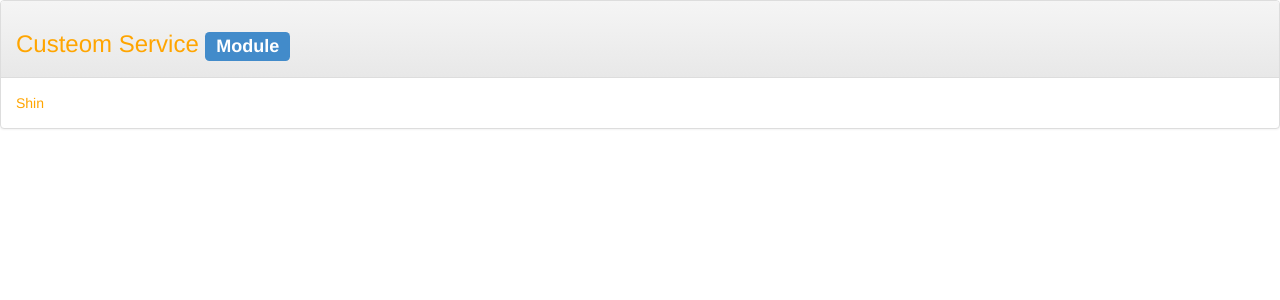
Repository: chisun-joung/workplace
Page: angularJS/WebContent/Chap18_Service/S01_Module.html
The author's editor kept a copy of each file at every save. The page is drawn from the files as they stood at one save, then again after the next save.
The browser window is 1280 px wide. The pictures show the whole page.
Some web libraries are served in a nearby version.

Above is the page before, as saved 2016-11-29 07:23:05.

After the next save:
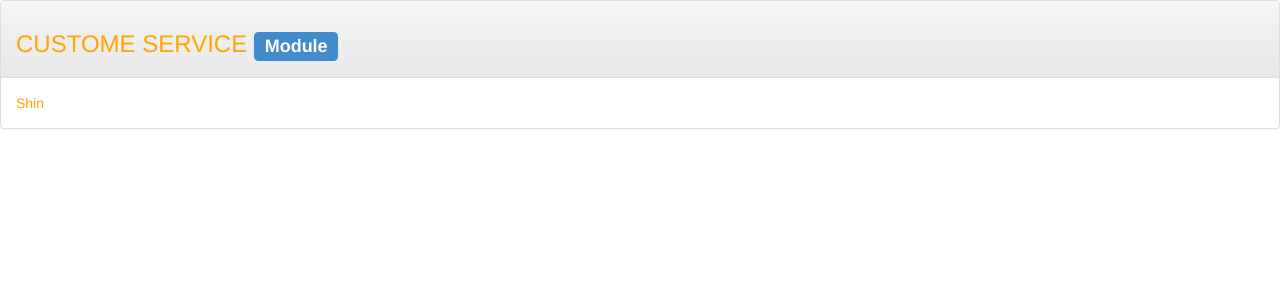
Saved 2 min 17 s later.
--- a/angularJS/WebContent/Chap18_Service/S01_Module.html
+++ b/angularJS/WebContent/Chap18_Service/S01_Module.html
@@ -18,7 +18,7 @@
 			console.log('DemoFilter contructor')
 			return function(data){
 				console.log("DemoFilter Worker")
-				return data;
+				return data.toUpperCase();
 			}
 		}])
 		demo.directive('demoTag', [function(){
@@ -56,7 +56,7 @@
 	<div class="panel panel-default">
 		<div class="panel-heading">
 			<h3 demo-tag>
-				Custeom Service
+				{{ 'Custome Service' | demoFilter }}
 				<span class="label label-primary">Module</span>
 			</h3>
 		</div>
